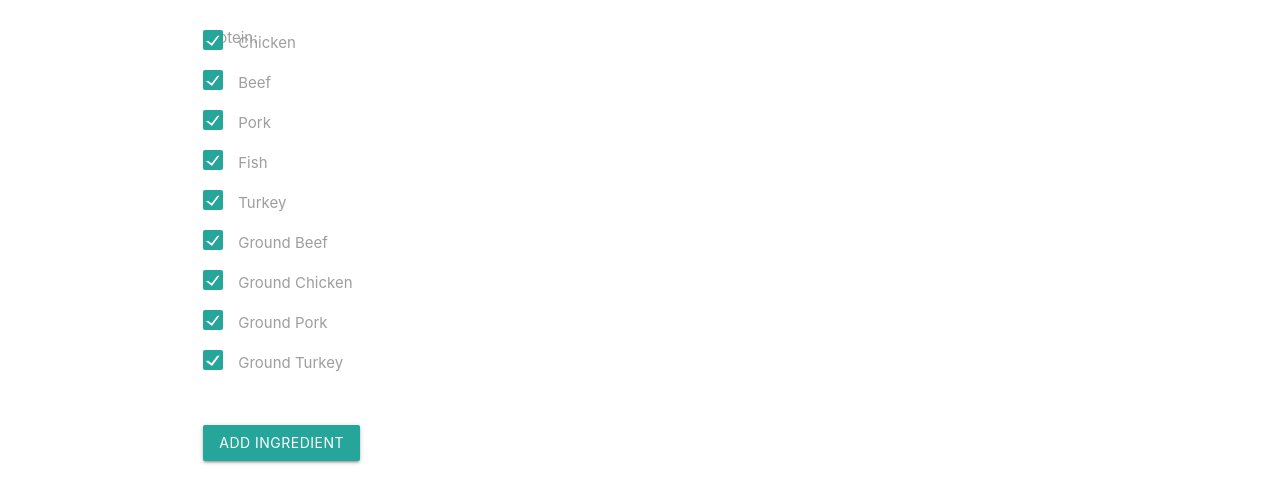
Repository: Aaron-R-Carter/Project1
Page: prototype.html
The author's editor kept a copy of each file at every save. The page is drawn from the files as they stood at one save, then again after the next save.
The browser window is 1280 px wide. The pictures show the whole page.

Above is the page before, as saved 2019-10-31 23:11:55.
Console error: SyntaxError: Unexpected token '<'

After the next save:
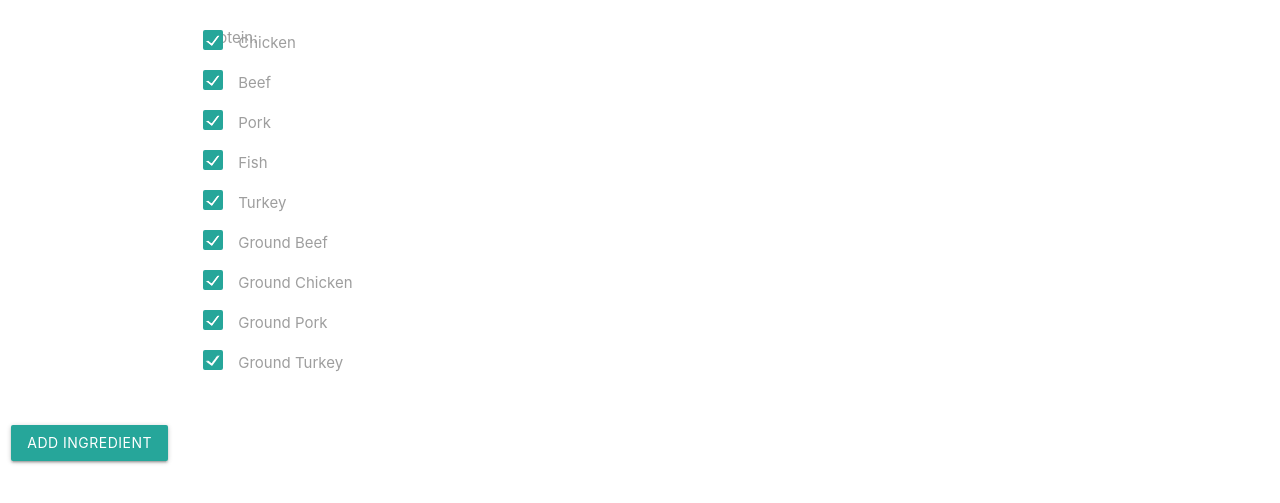
Saved 8 s later.
--- a/prototype.html
+++ b/prototype.html
@@ -74,10 +74,10 @@
                         </label>
                     </p>
                 </div>
-
+                <div class="input-field col s6"></div>
                 </form>
             </div>
-            <div class="input-field col s6">
+
 
             </div>
             <form id="ingredient-add-btn" class="row">
